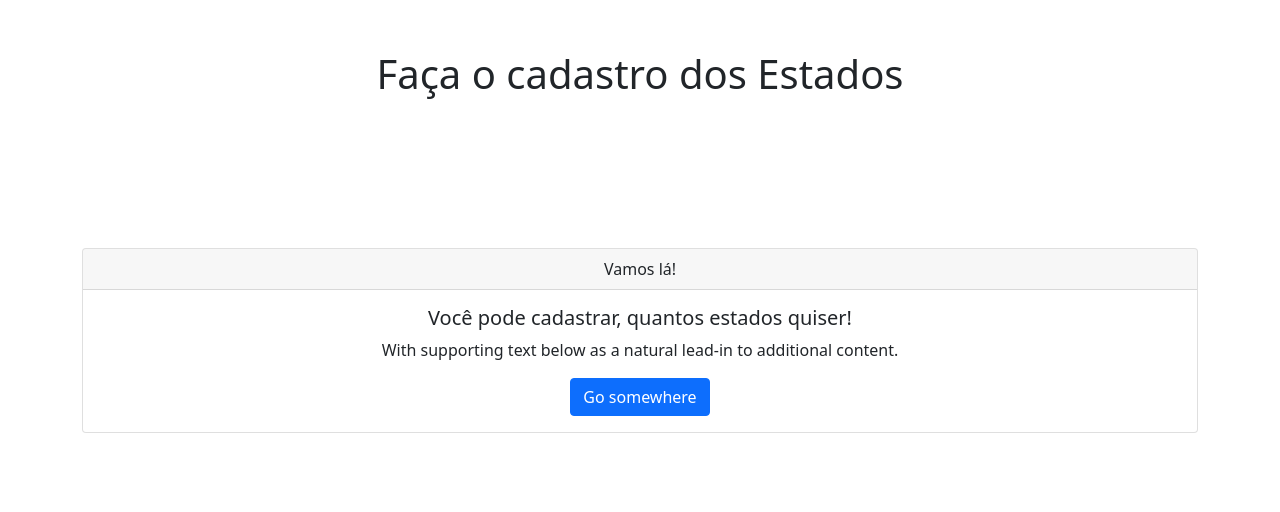
Repository: danielandradedasilva/ProjetoWebJava
Page: http://localhost/projetoweb/
These files come from the project's save history. The page is drawn as it stood at one moment and after the next save; the edit follows.
The browser window is 1280 px wide. The pictures show the whole page.
The page is served by Tomcat 9.

Above is the page before, as saved 2021-05-10 01:56:23.

After the next save:
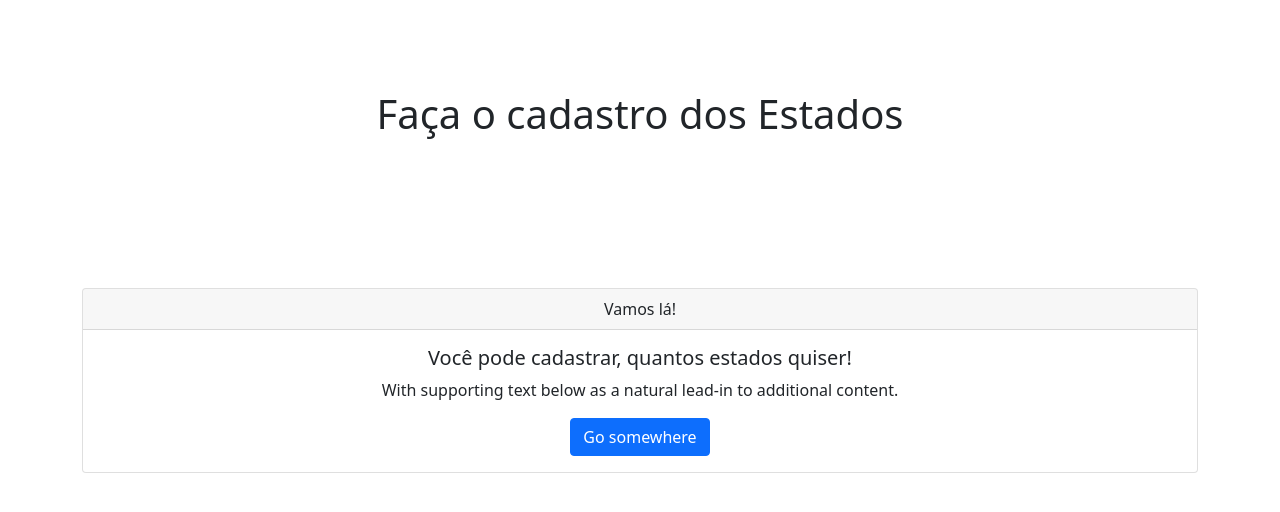
Saved 9 s later.
--- a/projetoweb/src/main/webapp/index.jsp
+++ b/projetoweb/src/main/webapp/index.jsp
@@ -16,7 +16,7 @@
 		margin-top: 150px;
 	}
 	h1{
-		margin-top: 50px
+		margin-top: 90px;
 	}
 </style>
 </head>
